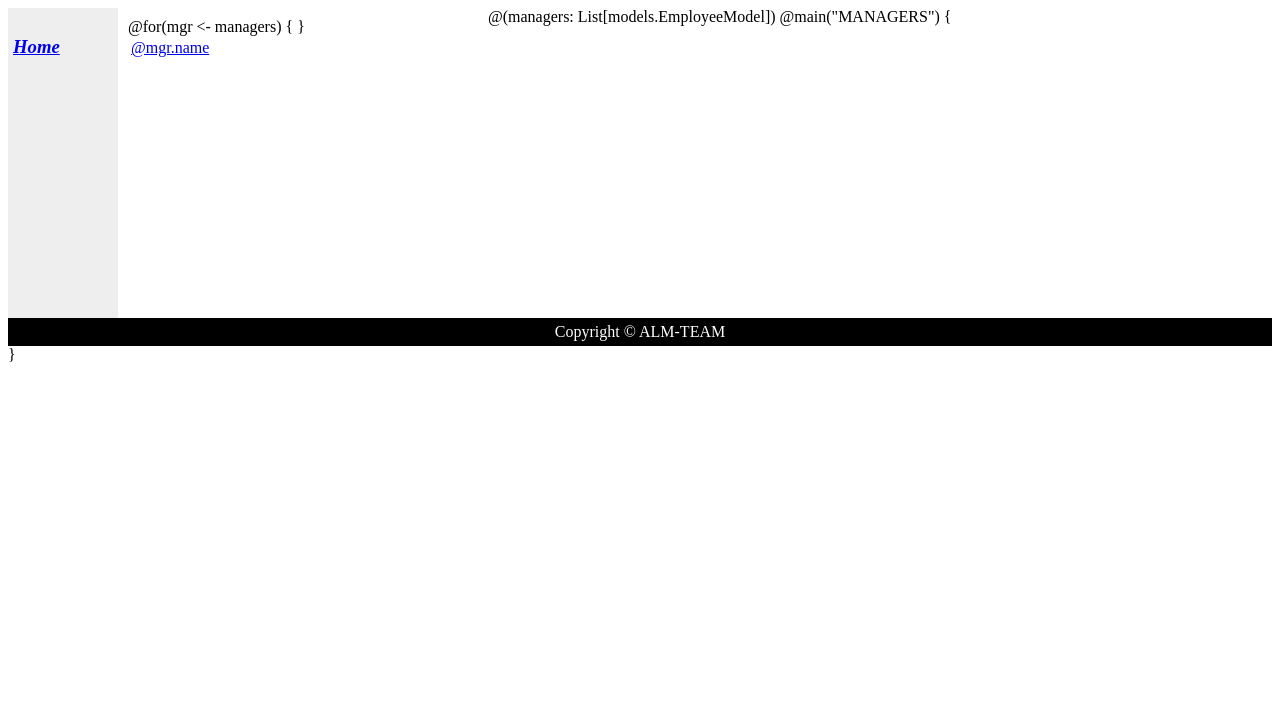
Repository: sumitkum200690/PLAY_SLICK
Page: Play_DB/app/views/managerPage.scala.html
An editor plug-in stored every save of this project. The page is shown before and after the next save, followed by the edit.
The browser window is 1280 px wide. The pictures show the whole page.

Above is the page before, as saved 2015-09-23 10:54:11.

After the next save:
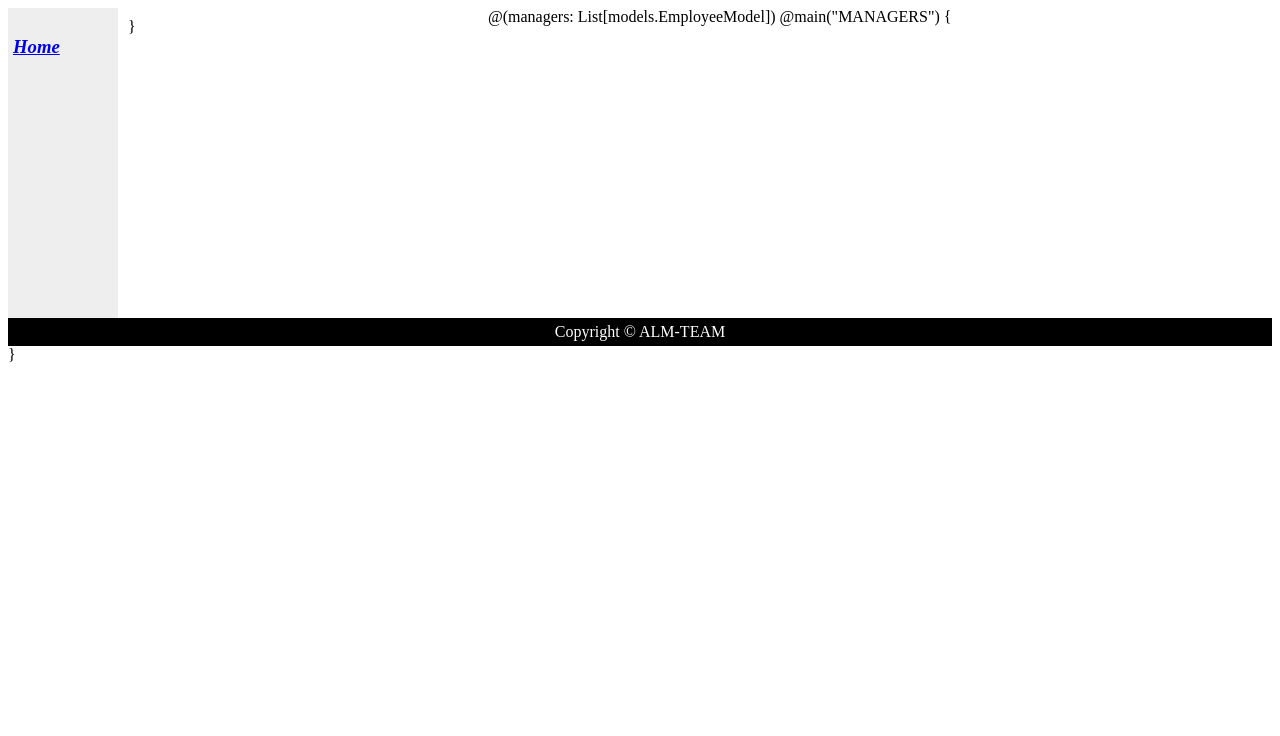
Saved 61 s later.
--- a/Play_DB/app/views/managerPage.scala.html
+++ b/Play_DB/app/views/managerPage.scala.html
@@ -30,7 +30,7 @@
 }
 </style>
 
-<body>
+<body style="height:100%">
 
 
 <div id="nav">
@@ -40,12 +40,6 @@
 </div>
 
 <div id="section">
-<table >
-
-				  @for(mgr <- managers) {
-
-				<tr><td><a href="/Reportees/@mgr.id">@mgr.name</a></td></tr>
-
 
 
 				  }
